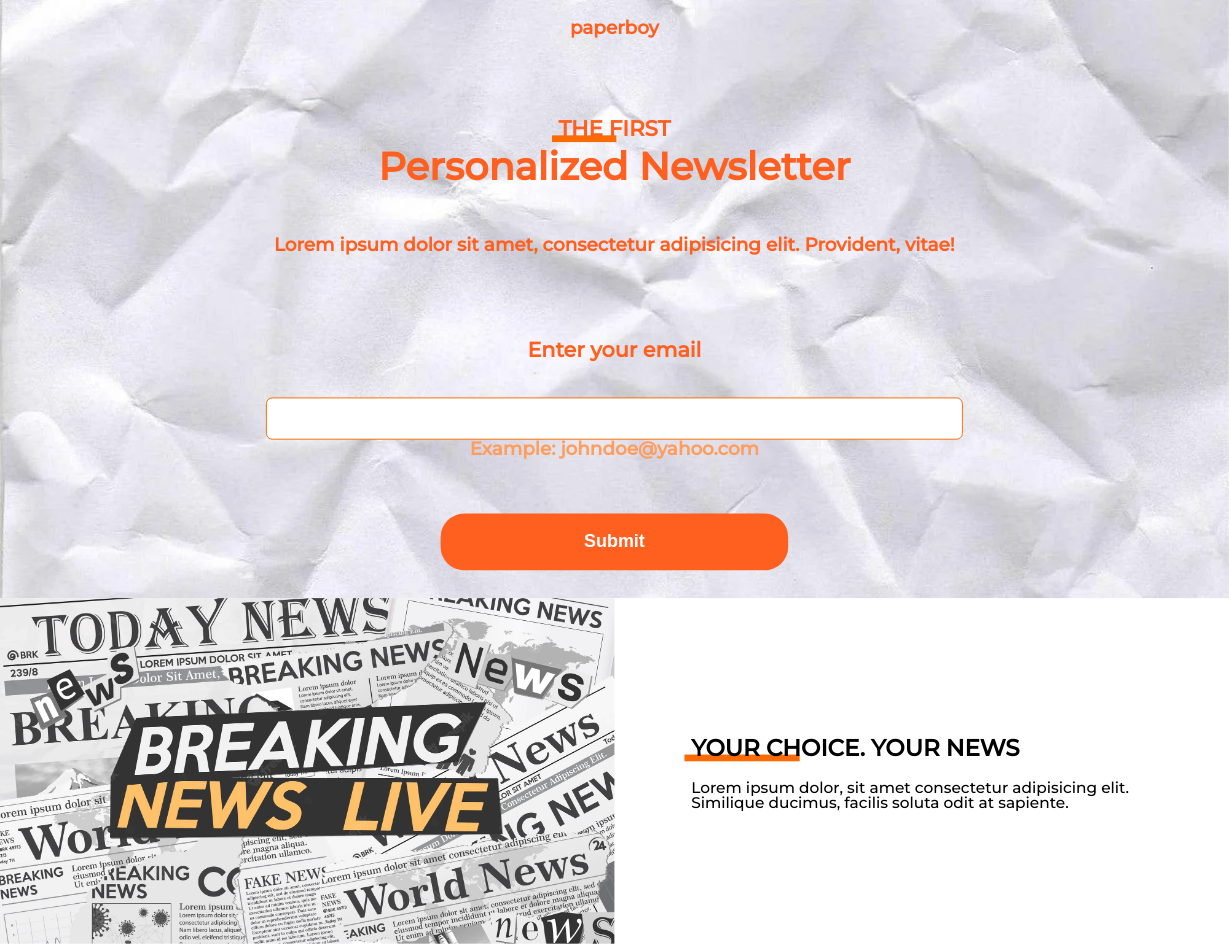
Repository: Gionnn/proiecte
Page: index.html
The author's editor kept a copy of each file at every save. The page is drawn from the files as they stood at one save, then again after the next save.
The browser window is 1280 px wide. The pictures show the whole page, at 96% of full size.

Above is the page before, as saved 2022-11-28 14:49:17.

### index.html
<!DOCTYPE html>
<html lang="en">
  <head>
    <meta charset="UTF-8" />
    <meta name="viewport" content="width=device-width, initial-scale=1.0" />
    <meta http-equiv="X-UA-Compatible" content="ie=edge" />
    <link rel="stylesheet" href="css/main.css" />
    <title>Paperboy</title>
  </head>

  <body>
    <div class="hero-bg">
      <section class="top">
        <header>
          <a href="index.html">paperboy</a>
        </header>

        <h1><span>The first </span>Personalized Newsletter</h1>
        <p>
          Lorem ipsum dolor sit amet, consectetur adipisicing elit. Provident,
          vitae!
        </p>
        <div class="form-container">
          <form action="">
            <div class="form-left">
              <label for="email">Enter your email</label>
              <input type="text" name="email" id="email" />
              <p>Example: johndoe@yahoo.com</p>
            </div>
            <input type="button" value="Submit" />
          </form>
        </div>
      </section>
    </div>

    <section class="bottom">
      <div class="right-col">
        <h2>Your choice. Your news</h2>
        <p>
          Lorem ipsum dolor, sit amet consectetur adipisicing elit. Similique
          ducimus, facilis soluta odit at sapiente.
        </p>
      </div>
      <img src="images/paper.jpeg" alt="Breaking News" />
    </section>
  </body>
</html>

### css/main.css
@import url("https://fonts.googleapis.com/css2?family=Montserrat:wght@500&display=swap");

body {
  font-family: "Montserrat", sans-serif;
  margin: 0;
}

.hero-bg {
  background: url("../images/background.jpeg");
  color: #ff5f1f;
  text-align: center;
}

header {
  padding-top: 1em;
}
.hero-bg a {
  color: #ff5f1f;
  text-decoration: none;
  font-weight: bold;
  font-size: 1.2rem;
}

section {
  margin: 0 1em;
}

h1 {
  font-size: 2.5rem;
  margin: 2em 0 1.2em;
}

h1 span {
  text-transform: uppercase;
  display: block;
  font-size: 1.4rem;
  position: relative;
  z-index: 1;
}
h1 span::before {
  content: " ";
  position: absolute;
  width: 3em;
  background: #fc6a03;
  height: 0.3em;
  bottom: 0;
  z-index: -1;
  margin-left: -0.3em;
}
.hero-bg p {
  font-weight: bold;
  margin: 0 1em 3em;
  font-size: 1.2rem;
}
.form-container {
  margin: 2em -1em 0;
  padding: 2em;
}
label {
  color: #ff5f1f;
  font-weight: bold;
  display: block;
  margin-bottom: 1em;
  font-size: 1.5em;
}
input[type="text"] {
  border: 1px solid #fc6a03;
  width: 60%;
  padding: 1em;
  box-sizing: border-box;
  border-radius: 0.5em;
  margin-top: 1.2em;
}
.form-container {
  color: #ff9d5c;
  margin-bottom: 1.5em;
  font-weight: normal;
  font-size: 0.9em;
  margin-top: 0.3em;
}
input[type="button"] {
  background-color: #ff5f1f;
  border: none;
  width: 30%;
  color: white;
  font-weight: bold;
  padding: 1em 0;
  border-radius: 1.3em;
  font-size: 1.3em;
  cursor: pointer;
}

input[type="button"]:hover {
  background-color: #c47508;
}

.bottom {
  margin: 0;
}

.right-col {
  text-align: center;
  margin: 3em 1em;
}

h2 {
  text-transform: uppercase;
  position: relative;
}

h2::before {
  content: " ";
  position: absolute;
  width: 5em;
  background: #fc6a03;
  height: 0.3em;
  bottom: 0;
  z-index: -1;
  margin-left: -0.3em;
}

img {
  width: 100%;
}

p {
  line-height: 1em;
}

@media (min-width: 730px) {
  section {
    margin: 0 4em;
  }
  .form-container {
    margin: 2em -4em 0;
  }
}

@media (min-width: 930px) {
  .bottom {
    display: grid;
    grid-template-columns: repeat(2, 50%);
    grid-template-areas: "paper content";
  }
  .right-col {
    grid-area: content;
    padding: 0 10%;
    text-align: left;
    align-self: center;
  }
  img {
    grid-area: paper;
  }
}

.top {
  animation: fadeIn 2s forwards;
}

@keyframes fadeIn {
  from {
    opacity: 0;
    transform: translateY(-2em);
  }
  to {
    opacity: 1;
    transform: translateY(0);
  }
}

After the next save:
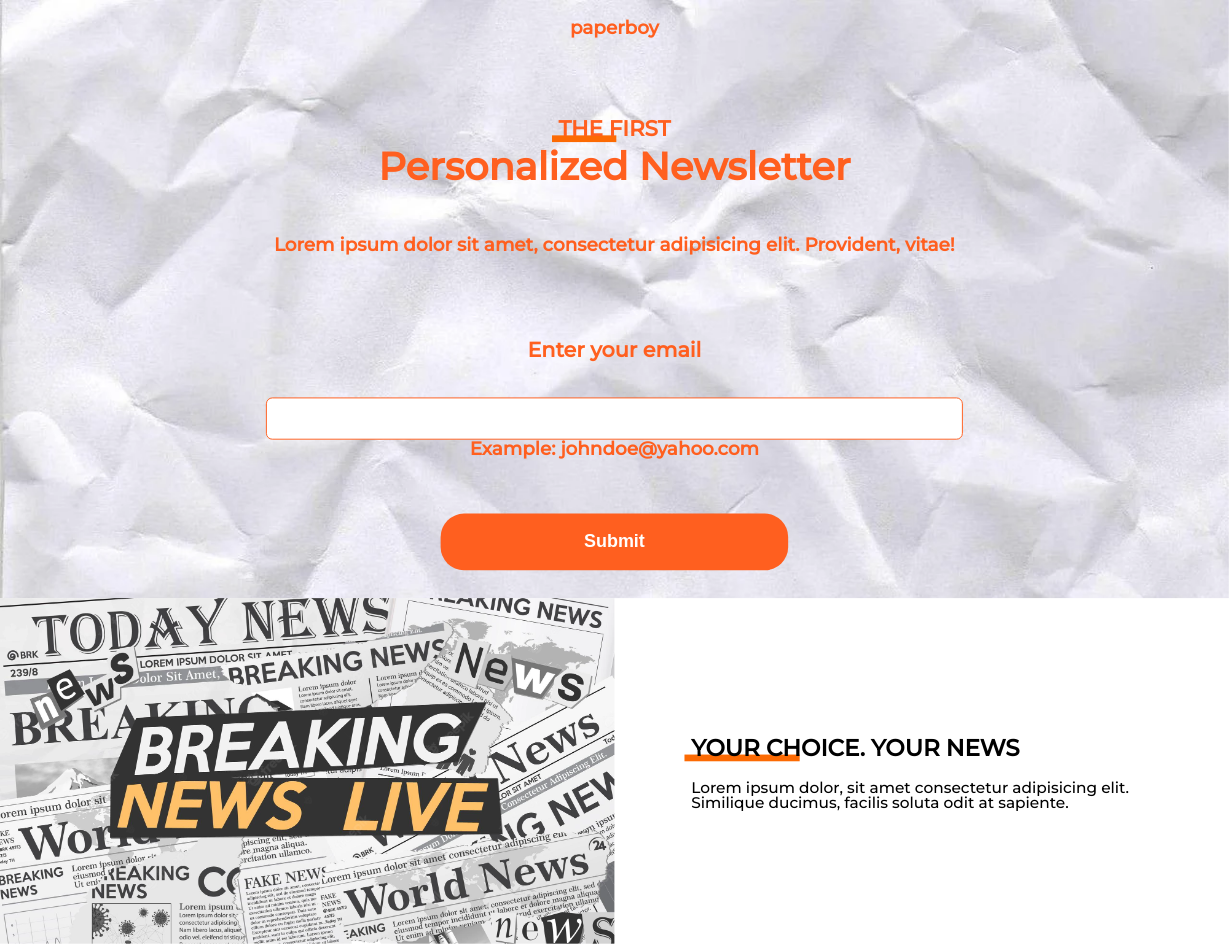
Saved 92 s later.
--- a/css/main.css
+++ b/css/main.css
@@ -64,7 +64,7 @@ label {
   font-size: 1.5em;
 }
 input[type="text"] {
-  border: 1px solid #fc6a03;
+  border: 1px solid #ff5f1f;
   width: 60%;
   padding: 1em;
   box-sizing: border-box;
@@ -72,7 +72,7 @@ input[type="text"] {
   margin-top: 1.2em;
 }
 .form-container {
-  color: #ff9d5c;
+  color: #ff5f1f;
   margin-bottom: 1.5em;
   font-weight: normal;
   font-size: 0.9em;
